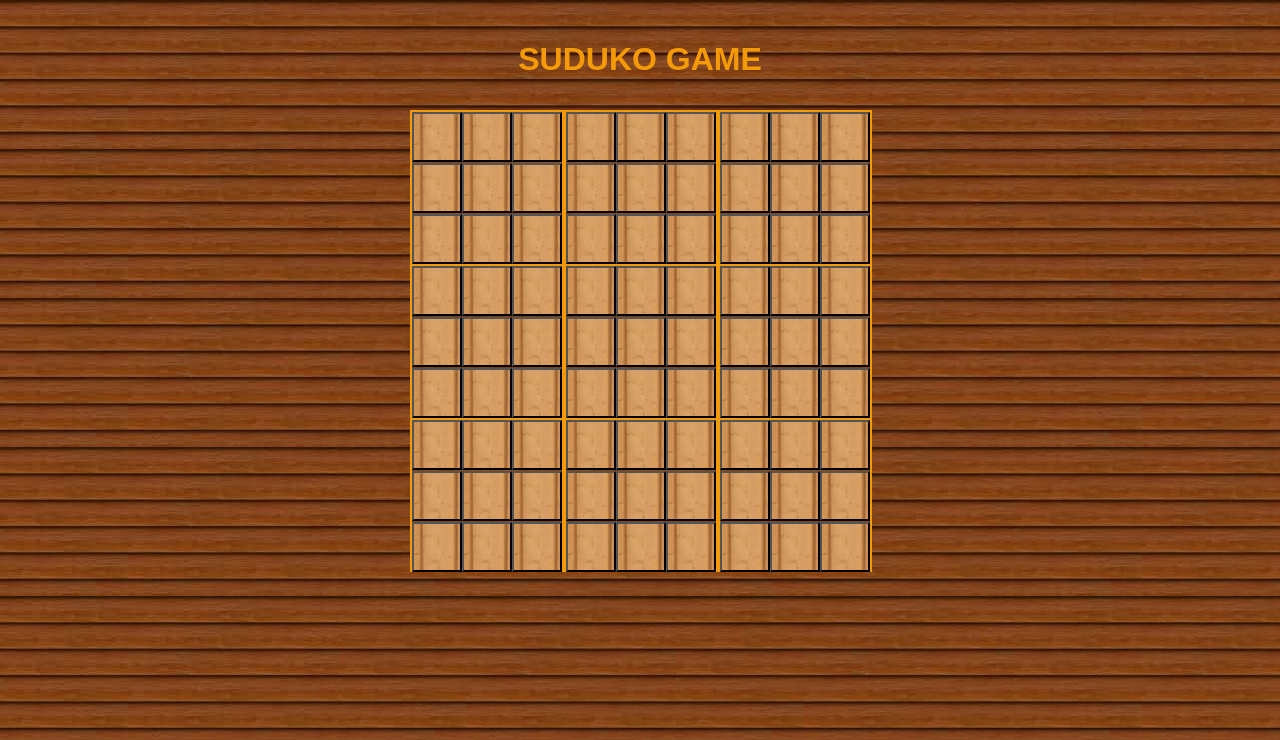
Repository: ahmad8969/Suduko-Game-React-App
Page: /
The author's editor kept a copy of each file at every save. The page is drawn from the files as they stood at one save, then again after the next save.
The browser window is 1280 px wide. The pictures show the whole page.
Some web fonts or font styles are not loaded; a fallback is used. The project was rebuilt for these pictures with package versions that can differ from the ones it lists, and the page was loaded fresh each time.

Above is the page before, as saved 2021-02-26 14:41:29.

After the next save:
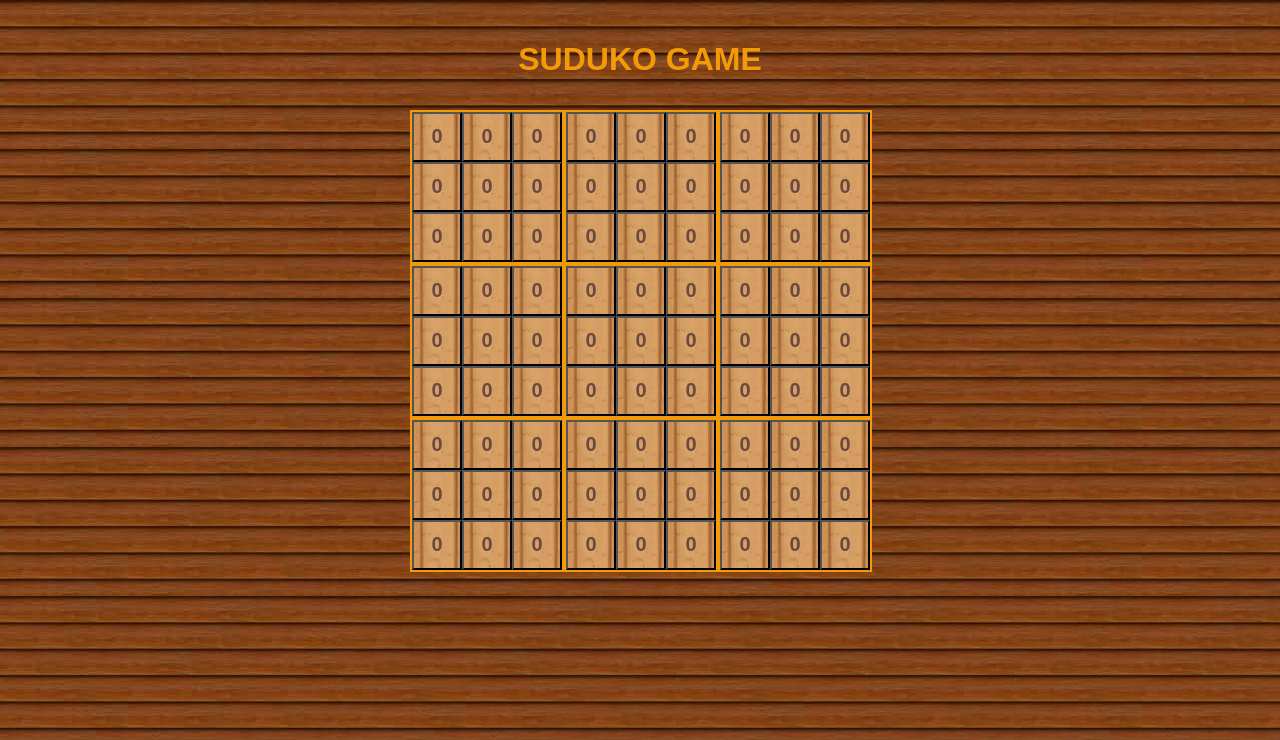
Saved 15 s later.
--- a/src/board.js
+++ b/src/board.js
@@ -6,7 +6,7 @@ import NineBlock from './components/nineBlockComponent';
 
 function Board () {
   const nine_block_Element_into_Nine = [1,2,3,4,5,6,7,8,9];
-  let getting_state = '';
+  let getting_state = 0;
   let [Number]= useState(getting_state);
 
   const check = function(){
